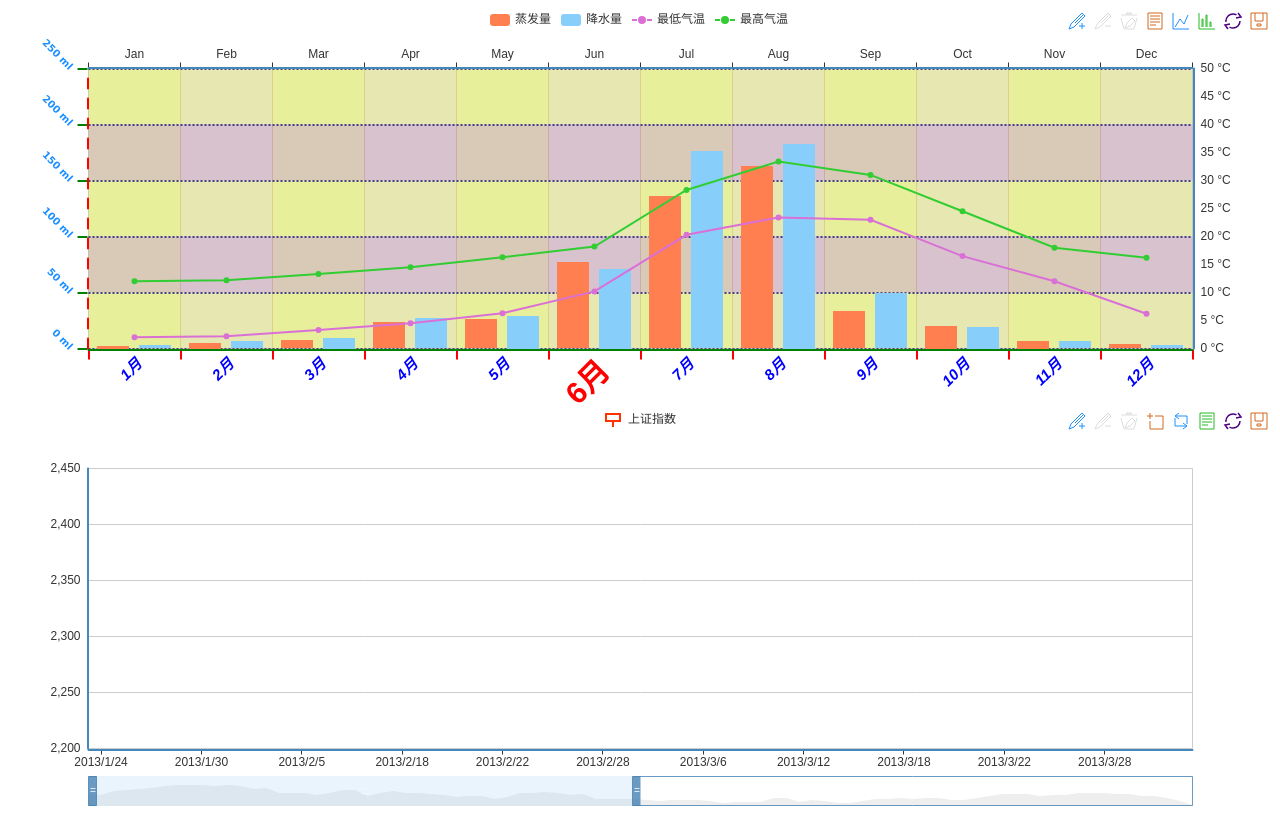
Repository: shutterfly2011/apache
Page: eChartTest/WebContent/eChart1.html
The author's editor kept a copy of each file at every save. The page is drawn from the files as they stood at one save, then again after the next save.
The browser window is 1280 px wide. The pictures show the whole page.

Above is the page before, as saved 2015-10-02 02:59:17.

After the next save:
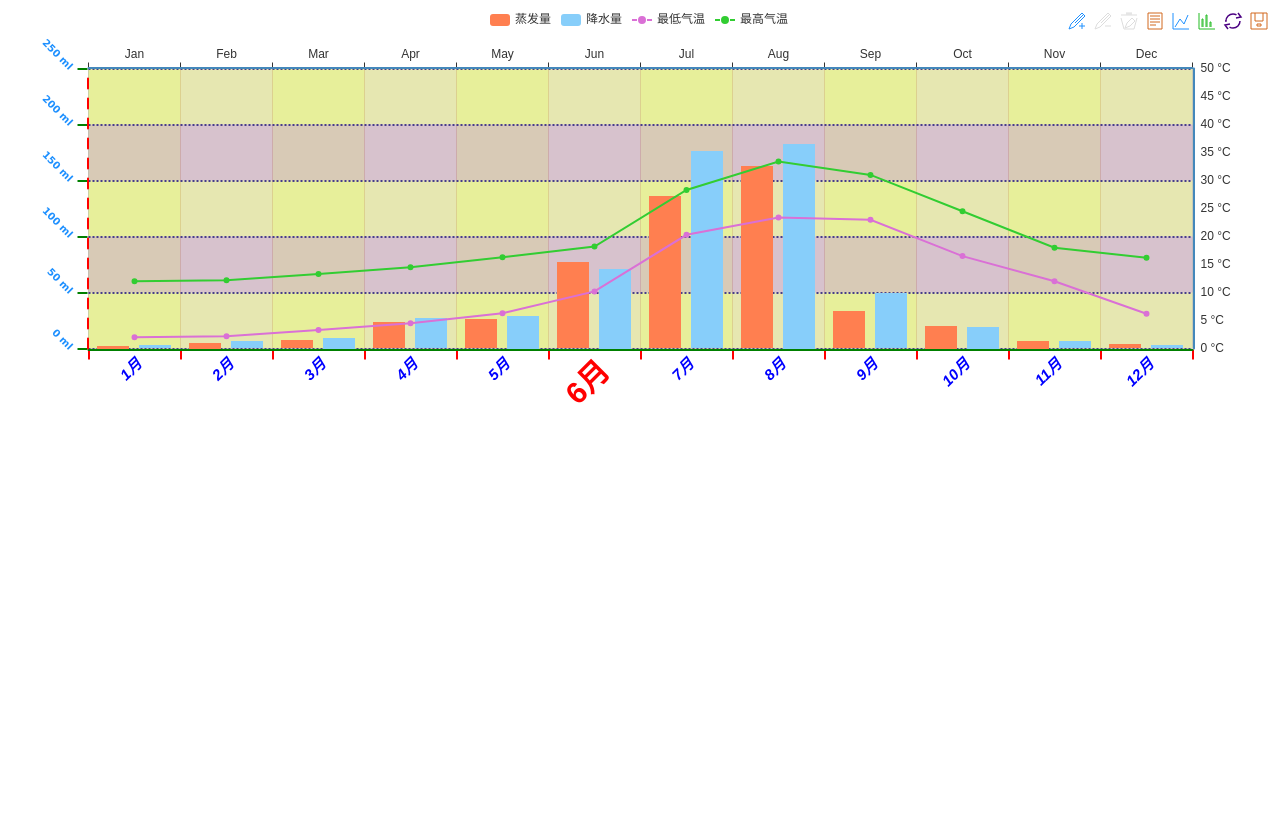
Not found: eChartTest/WebContent/js/chart/candlestick.js
Saved 2 min 28 s later.
--- a/eChartTest/WebContent/eChart1.html
+++ b/eChartTest/WebContent/eChart1.html
@@ -216,7 +216,7 @@
         require(
                 [
                  'echarts',
-                 'echarts/chart/candle' // require the specific chart type
+                 'echarts/chart/candlestick' // require the specific chart type
              ],
              function(ec2){
                 var myChart = ec2.init(document.getElementById("2ndChart"));

After the save that followed:
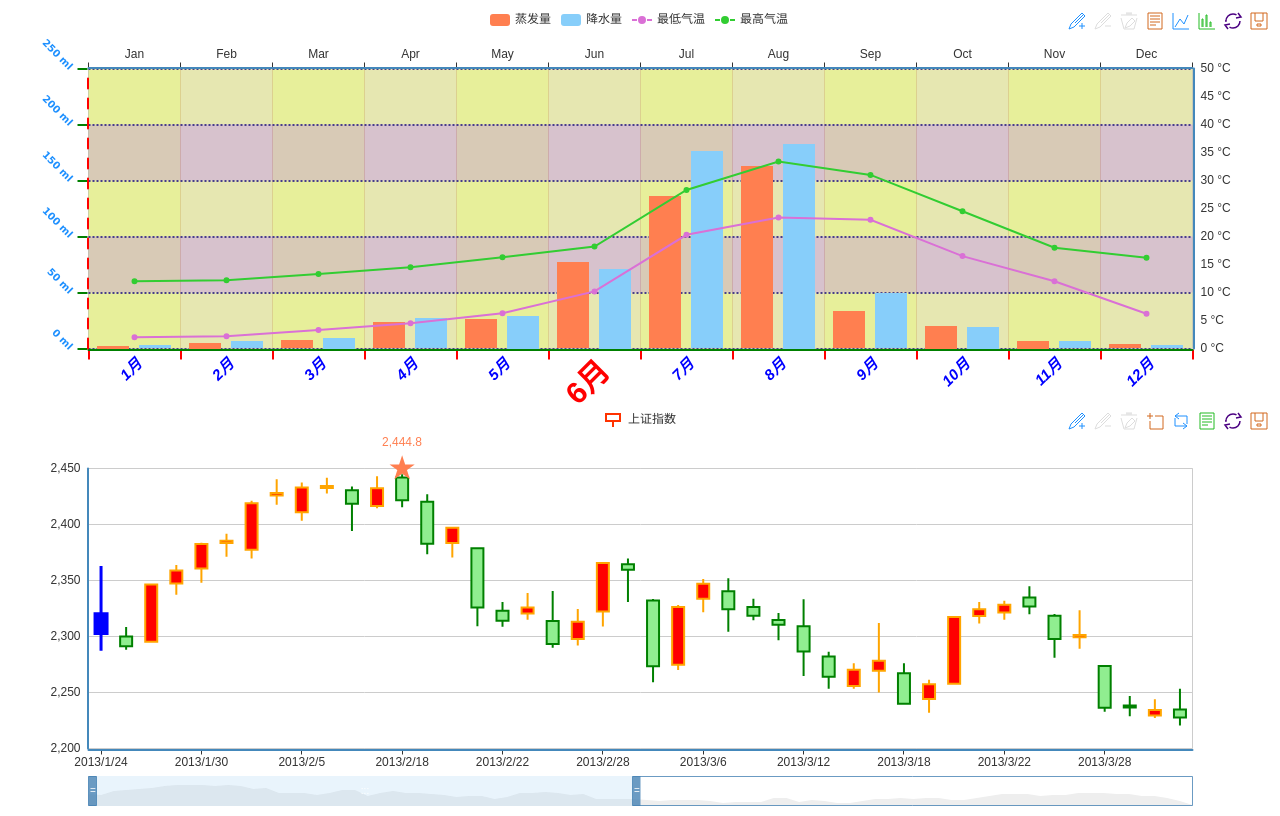
Saved 42 s later.
--- a/eChartTest/WebContent/eChart1.html
+++ b/eChartTest/WebContent/eChart1.html
@@ -216,7 +216,7 @@
         require(
                 [
                  'echarts',
-                 'echarts/chart/candlestick' // require the specific chart type
+                 'echarts/chart/k' // require the specific chart type
              ],
              function(ec2){
                 var myChart = ec2.init(document.getElementById("2ndChart"));
